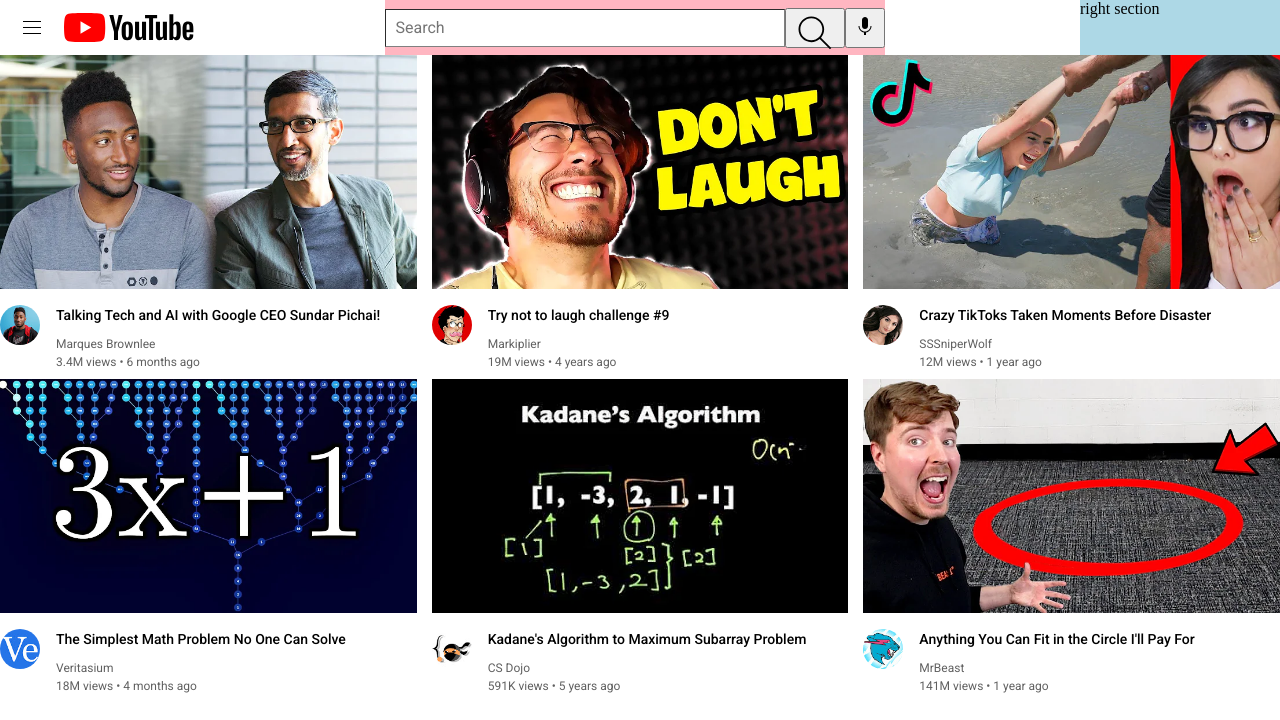
Repository: idahcarts-ux/html-css
Page: youtube.html
An editor plug-in stored every save of this project. The page is shown before and after the next save, followed by the edit.
The browser window is 1280 px wide. The pictures show the whole page.

Above is the page before, as saved 2025-11-19 17:15:19.

After the next save:
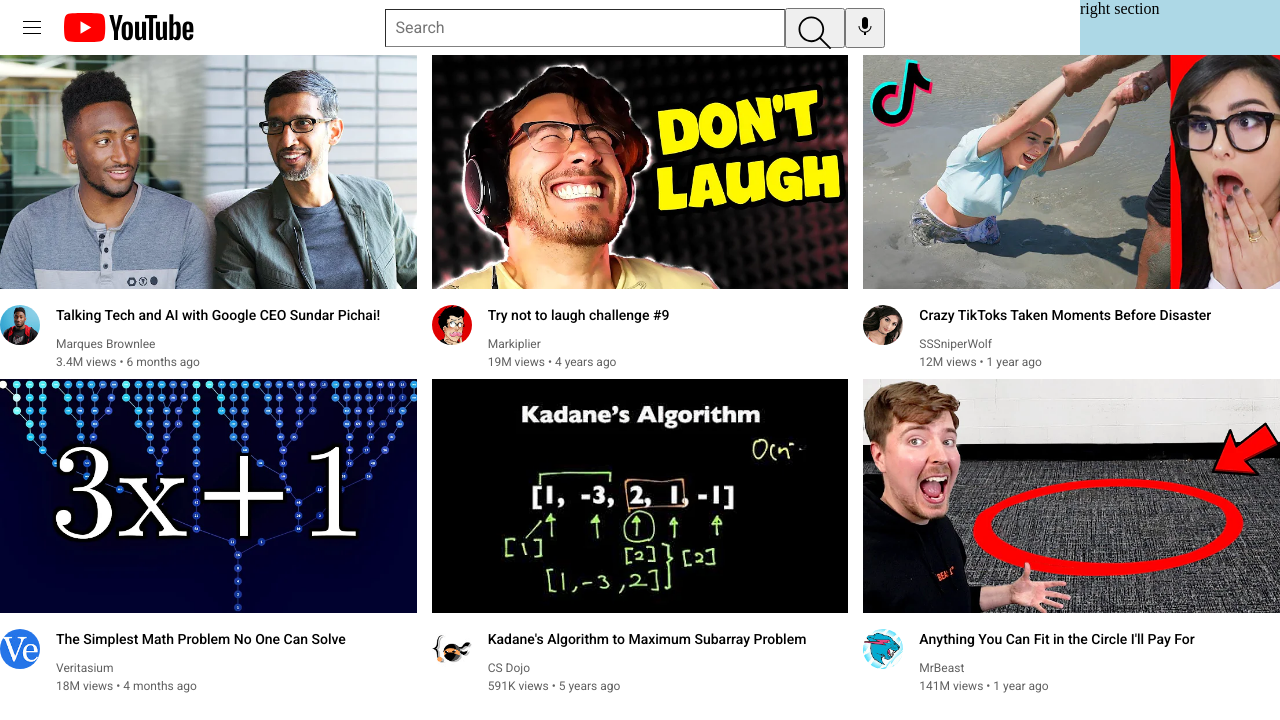
Saved 16 s later.
--- a/styles/header.css
+++ b/styles/header.css
@@ -28,7 +28,7 @@
     margin-right: 20px;
   }
   .middle-section {
-    background-color:lightpink;
+
     flex:1;
     margin-left: 30px;
     margin-right: 35px;
